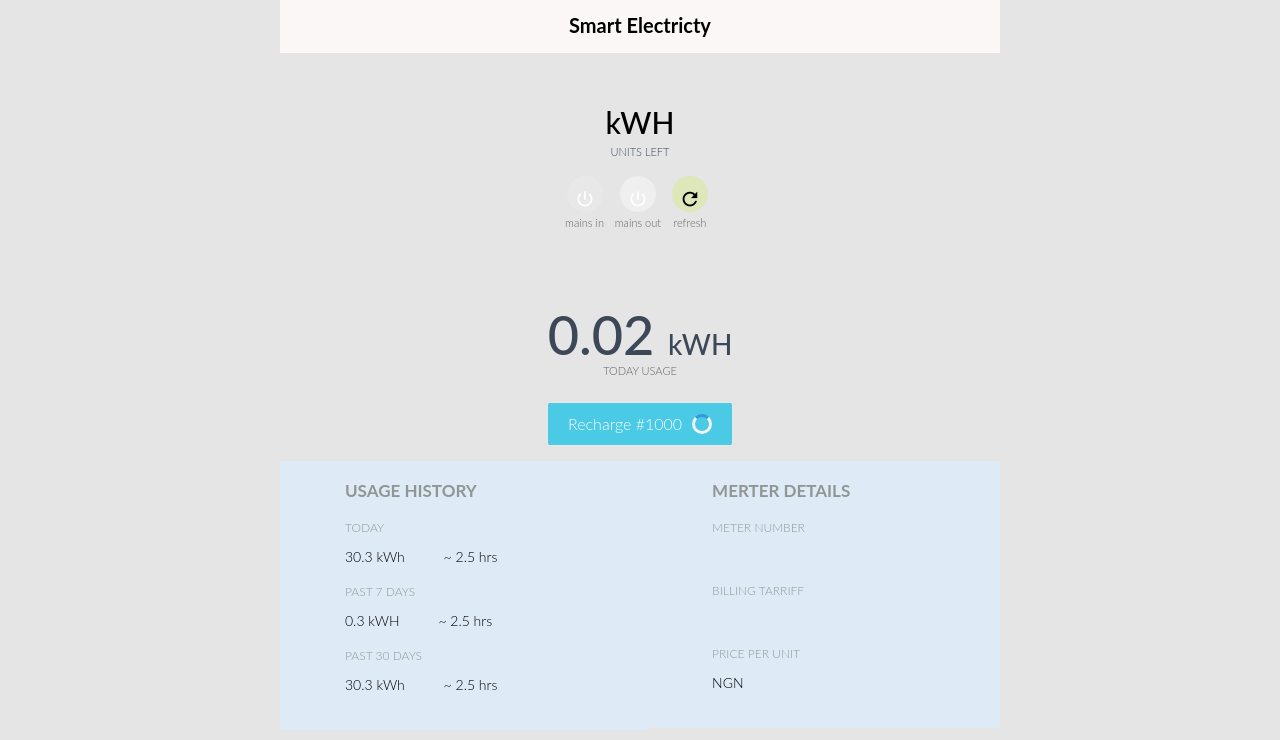
Repository: stefnnT/eko-smart-meter-hackathon
Page: subscriber.html
The author's editor kept a copy of each file at every save. The page is drawn from the files as they stood at one save, then again after the next save.
The browser window is 1280 px wide. The pictures show the whole page.
The page's requests for data from a server got no answer. Some web libraries are served in a nearby version.

Above is the page before, as saved 2020-09-04 13:39:30.
Not found: assets/assets-for-demo/vertical-nav.css

After the next save:
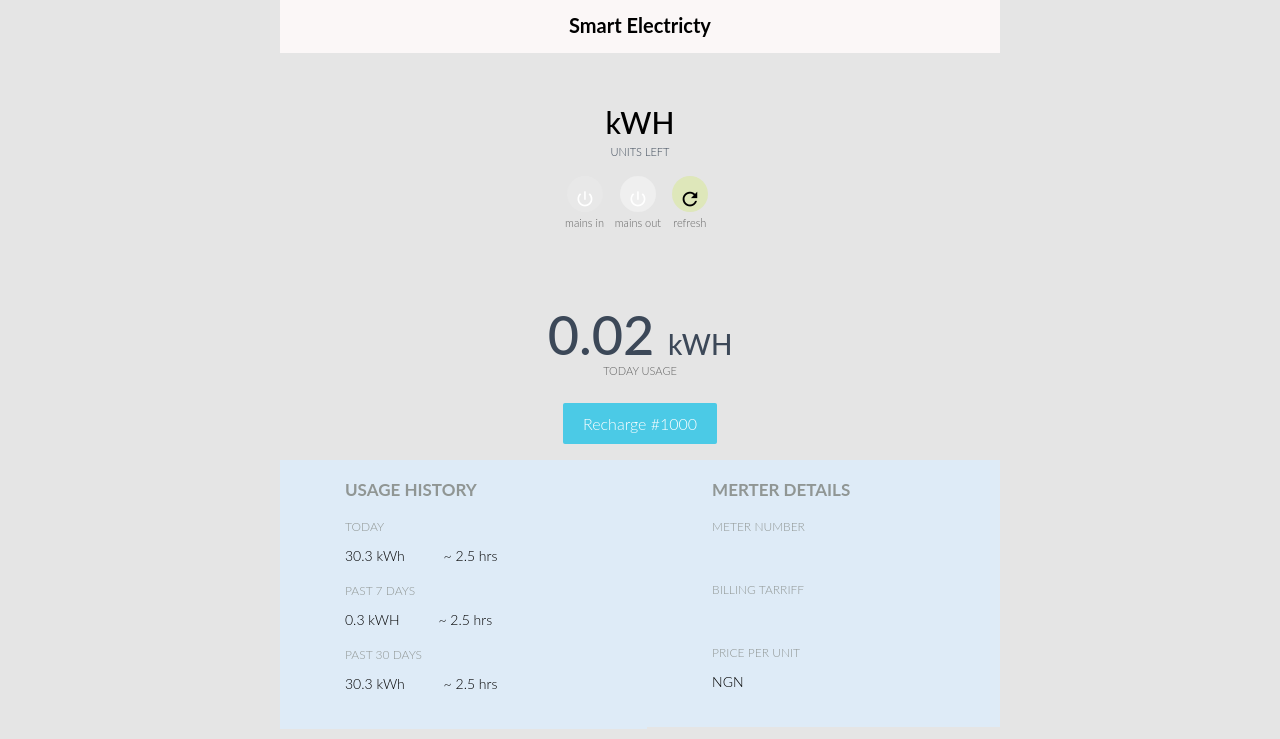
Saved 21 s later.
--- a/subscriber.html
+++ b/subscriber.html
@@ -100,7 +100,7 @@
               <div style="display: flex; justify-content: center;" class="dashboard__cta">
                 <button style="display: flex; justify-content: center;" class="app-btn" ui-sref="devices.map">
                     <div class=""> Recharge #1000 </div>
-                    <div class="loader"></div>
+                    <div class="loader hide"></div>
                 </button>
               </div>
           </div>
